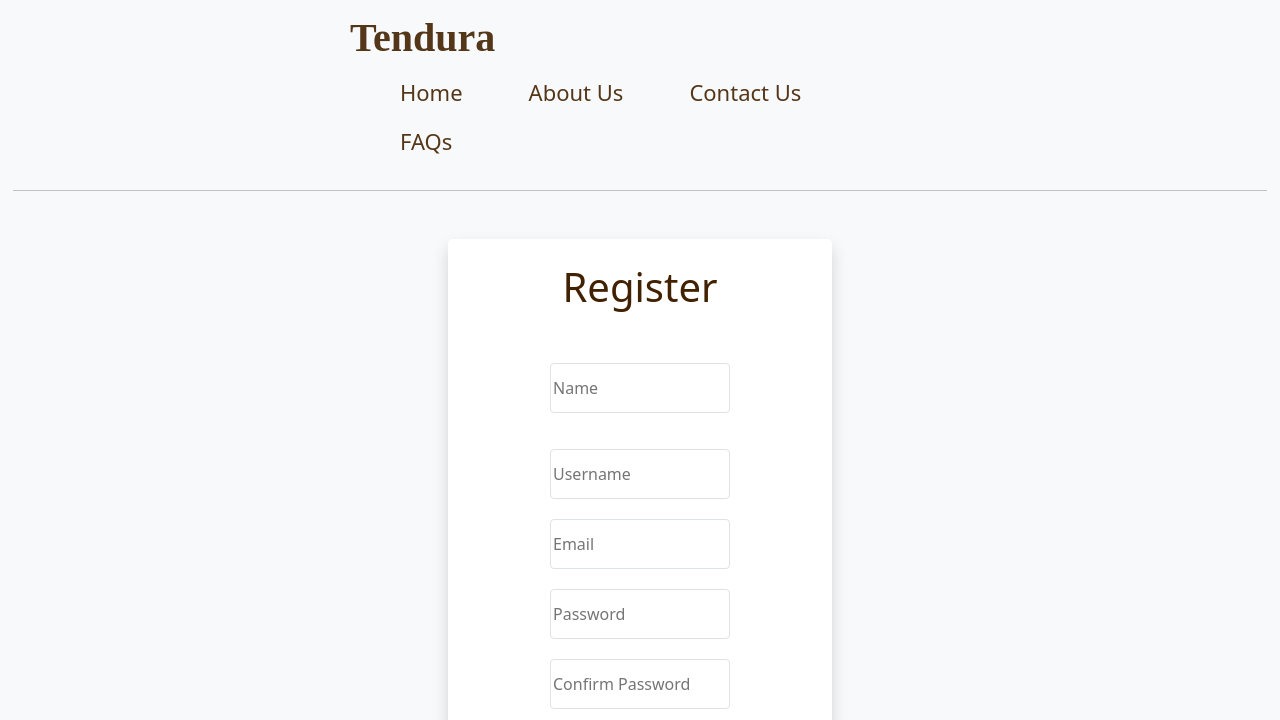
Repository: Starboy117/OOP-Project
Page: http://localhost/Online_Hotel_Reservation_System/Register.jsp
These files come from the project's save history. The page is drawn as it stood at one moment and after the next save; the edit follows.
The browser window is 1280 px wide. The pictures show the whole page.
An inner scrolling area shows only its first screen. The page is served by Tomcat 9.

Above is the page before, as saved 2025-05-05 12:30:12.

After the next save:
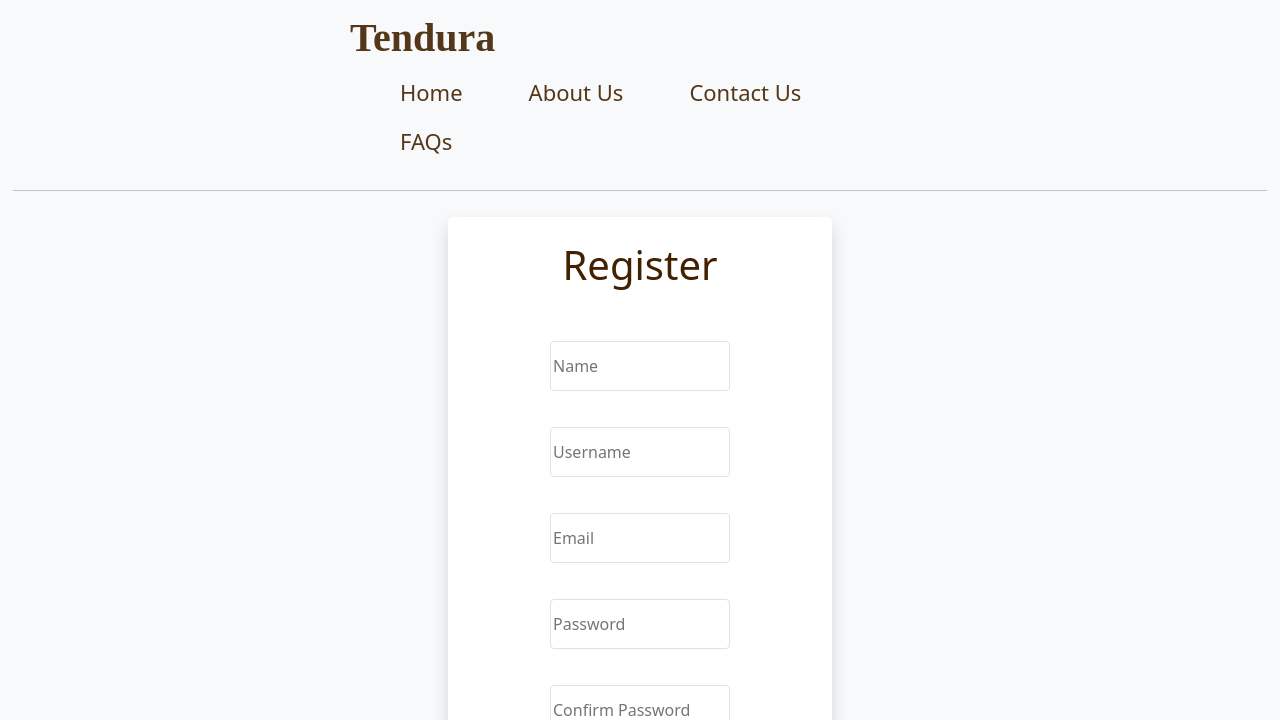
Saved 36 s later.
--- a/Online_Hotel_Reservation_System/src/main/webapp/Register.jsp
+++ b/Online_Hotel_Reservation_System/src/main/webapp/Register.jsp
@@ -50,9 +50,13 @@
                 <input class="input1 border rounded" type="text" placeholder="Name" name="name" id="name"><br>
                 <p id="msg1" style="color:red;"></p>
                 <input class="input1 border rounded" type="text" placeholder="Username" name="uname" id="uname"><br>
+                <p id="msg2" style="color:red;"></p>
                 <input class="input1 border rounded" type="email" placeholder="Email" name="email" id="email"><br>
+                <p id="msg3" style="color:red;"></p>
                 <input class="input1 border rounded" type="text" placeholder="Password" name="password" id="password"><br>
+                <p id="msg4" style="color:red;"></p>
                 <input class="input1 border rounded" type="password" placeholder="Confirm Password" name="cPassword" id="cPassword"><br>
+                <p id="msg5" style="color:red;"></p>
                 <button  class="m-5 btn-brown btn-lg" type="submit" name="submit" id="submit">Register</button><br>
 
             </div>
